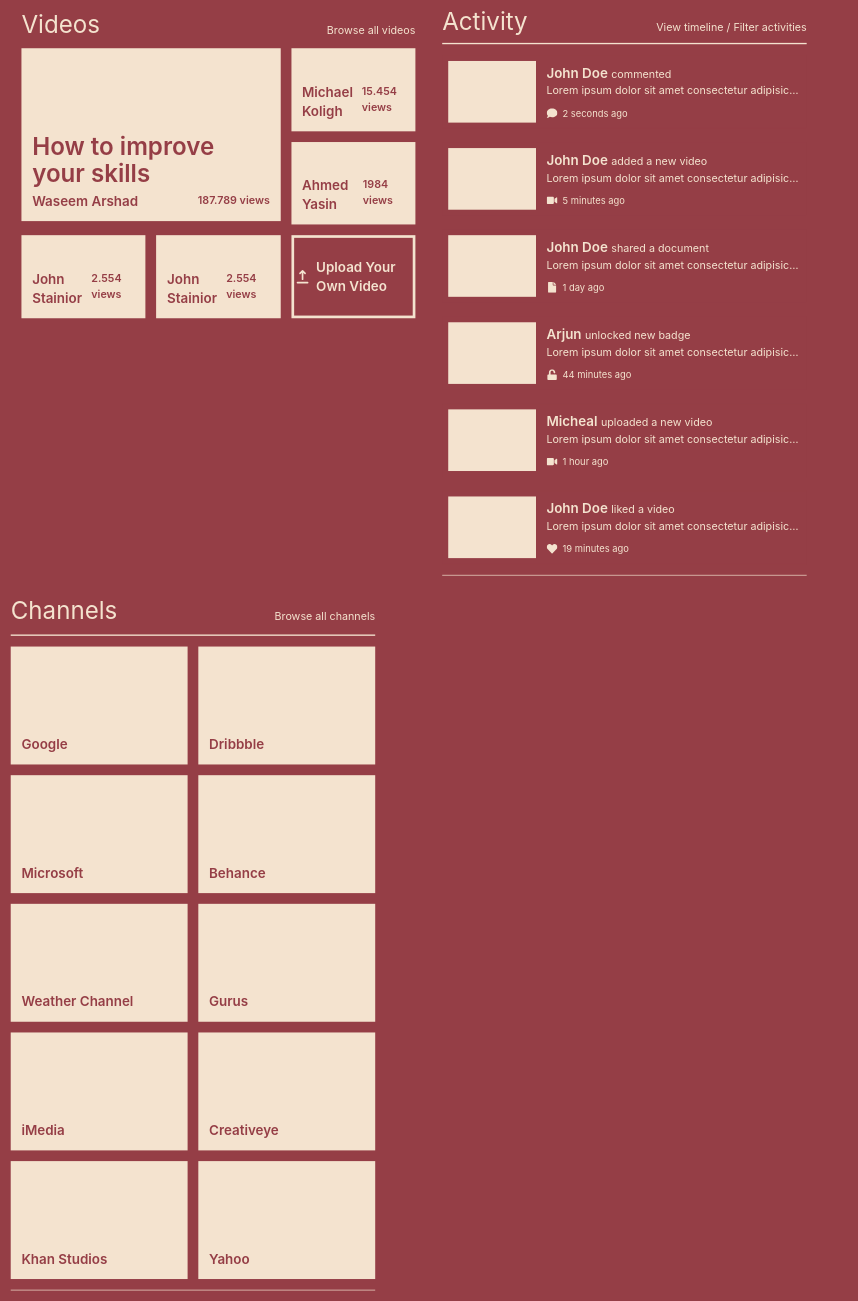
Repository: farrelmuhammad/test-salt
Page: /
These files come from the project's save history. The page is drawn as it stood at one moment and after the next save; the edit follows.
The browser window is 1280 px wide. The pictures show the whole page, at 67% of full size.
The project was rebuilt for these pictures with package versions that can differ from the ones it lists, and the page was loaded fresh each time. Also part of the build but not shown: src/App.css.

Above is the page before, as saved 2022-11-21 16:53:30.

### src/index.css
@tailwind base;
@tailwind components;
@tailwind utilities;

body {
  margin: 0;
  font-family: -apple-system, BlinkMacSystemFont, "Segoe UI", "Roboto", "Oxygen", "Ubuntu", "Cantarell", "Fira Sans", "Droid Sans", "Helvetica Neue", sans-serif;
  -webkit-font-smoothing: antialiased;
  -moz-osx-font-smoothing: grayscale;
  background-color: #953e46;
}

code {
  font-family: source-code-pro, Menlo, Monaco, Consolas, "Courier New", monospace;
}

@layer components {
  .box-text {
    @apply bg-[#F4E3CF] aspect-[3/2] text-[#953e46] p-4;
  }

  .card {
    @apply flex flex-row border border-[#953e46] p-2;
  }

  .hr-top {
    @apply h-[2px] bg-[#F4E3CF] border-none mb-4;
  }

  .hr-bottom {
    @apply h-[1px] bg-[#F4E3CF] border-none my-4;
  }
}

### src/App.js
import logo from "./logo.svg";
import "./App.css";
import Box from "./components/Box";
import Channels from "./components/Channels";
import Activity from "./components/Activity";

function App() {
  return (
    <>
      <div className="container">
        <div class="grid grid-cols-2 gap-2 m-30">
          <div>
            <Box />
          </div>
          <div>
            <Activity />
          </div>
        </div>
      </div>
      <Channels />
    </>
  );
}

export default App;

### src/components/Box.jsx
import React from "react";
import { HiUpload } from "react-icons/hi";

const Box = () => {
  return (
    <>
      <section className="container">
        <div className="flex items-end justify-between py-4">
          <h1 className="text-4xl text-[#F4E3CF]">Videos</h1>
          <a href="" className="text-base text-[#F4E3CF]">
            Browse all videos
          </a>
        </div>

        <div class="grid grid-cols-3 gap-4">
          <div class="col-span-2 row-span-2 box-text flex flex-col justify-end">
            <h2 className="text-4xl font-semibold mb-2">How to improve your skills</h2>
            <div className="flex justify-between">
              <h4 className="text-xl font-semibold">Waseem Arshad</h4>

              <p className="text-base font-semibold">187.789 views</p>
            </div>
          </div>

          <div class="box-text flex flex-col justify-end">
            <div className="flex justify-between">
              <h4 className="text-xl font-semibold">Michael Koligh</h4>

              <p className="text-base font-semibold">15.454 views</p>
            </div>
          </div>

          <div class="box-text flex flex-col justify-end">
            <div className="flex justify-between">
              <h4 className="text-xl font-semibold">Ahmed Yasin</h4>

              <p className="text-base font-semibold">1984 views</p>
            </div>
          </div>

          <div class="box-text flex flex-col justify-end">
            <div className="flex justify-between">
              <h4 className="text-xl font-semibold">John Stainior</h4>

              <p className="text-base font-semibold">2.554 views</p>
            </div>
          </div>

          <div class="box-text flex flex-col justify-end">
            <div className="flex justify-between">
              <h4 className="text-xl font-semibold">John Stainior</h4>

              <p className="text-base font-semibold">2.554 views</p>
            </div>
          </div>

          <div class="border-4 border-[#F4E3CF] text-[#F4E3CF] flex items-center justify-center">
            <HiUpload className="rounded-full w-10 h-10 mr-2" /> <h2 className="text-xl font-semibold">Upload Your Own Video</h2>
          </div>
        </div>
      </section>
    </>
  );
};

export default Box;

### src/components/Channels.jsx
import React from "react";

const Channels = () => {
  return (
    <>
      <section className="container max-w-xl">
        <div className="flex items-end justify-between py-4">
          <h1 className="text-4xl text-[#F4E3CF]">Channels</h1>
          <a href="" className="text-base text-[#F4E3CF]">
            Browse all channels
          </a>
        </div>

        <hr className="hr-top" />

        <div class="grid grid-cols-2 gap-4 ">
          <div class="box-text text-xl font-semibold flex items-end">Google</div>
          <div class="box-text text-xl font-semibold flex items-end">Dribbble</div>
          <div class="box-text text-xl font-semibold flex items-end">Microsoft</div>
          <div class="box-text text-xl font-semibold flex items-end">Behance</div>
          <div class="box-text text-xl font-semibold flex items-end">Weather Channel</div>
          <div class="box-text text-xl font-semibold flex items-end">Gurus</div>
          <div class="box-text text-xl font-semibold flex items-end">iMedia</div>
          <div class="box-text text-xl font-semibold flex items-end">Creativeye</div>
          <div class="box-text text-xl font-semibold flex items-end">Khan Studios</div>
          <div class="box-text text-xl font-semibold flex items-end">Yahoo</div>
        </div>

        <hr className="hr-bottom" />
      </section>
    </>
  );
};

export default Channels;

### src/components/Activity.jsx
import React from "react";
import { FaComment, FaVideo, FaUnlock, FaHeart, FaFile } from "react-icons/fa";

const Activity = () => {
  return (
    <>
      <section className="container max-w-xl">
        <div className="flex items-end justify-between py-3">
          <h1 className="text-4xl text-[#F4E3CF]">Activity</h1>
          <a href="" className="text-base text-[#F4E3CF]">
            View timeline / Filter activities
          </a>
        </div>

        <hr className="hr-top" />

        <div class="flex flex-col space-y-5">
          <div class="card hover:border-[#F4E3CF]">
            <div className="w-48 bg-[#F4E3CF]"></div>

            <div class="py-1 pl-4 truncate text-[#F4E3CF]">
              <h5 class="text-xl font-semibold">
                John Doe <span className="text-base font-normal">commented</span>
              </h5>
              <p class="text-base mb-3 truncate">Lorem ipsum dolor sit amet consectetur adipisicing elit. Ratione, similique!</p>
              <p class="text-sm flex items-center">
                <FaComment className="w-4 h-4 mr-2" />2 seconds ago
              </p>
            </div>
          </div>

          <div class="card hover:border-[#F4E3CF]">
            <div className="w-48 bg-[#F4E3CF]"></div>

            <div class="py-1 pl-4 truncate text-[#F4E3CF]">
              <h5 class="text-xl font-semibold">
                John Doe <span className="text-base font-normal">added a new video</span>
              </h5>
              <p class="text-base mb-3 truncate">Lorem ipsum dolor sit amet consectetur adipisicing elit. Ratione, similique!</p>
              <p class="text-sm flex items-center">
                <FaVideo className="w-4 h-4 mr-2" />5 minutes ago
              </p>
            </div>
          </div>

          <div class="card hover:border-[#F4E3CF]">
            <div className="w-48 bg-[#F4E3CF]"></div>

            <div class="py-1 pl-4 truncate text-[#F4E3CF]">
              <h5 class="text-xl font-semibold">
                John Doe <span className="text-base font-normal">shared a document</span>
              </h5>
              <p class="text-base mb-3 truncate">Lorem ipsum dolor sit amet consectetur adipisicing elit. Ratione, similique!</p>
              <p class="text-sm flex items-center">
                <FaFile className="w-4 h-4 mr-2" />1 day ago
              </p>
            </div>
          </div>

          <div class="card hover:border-[#F4E3CF]">
            <div className="w-48 bg-[#F4E3CF]"></div>

            <div class="py-1 pl-4 truncate text-[#F4E3CF]">
              <h5 class="text-xl font-semibold">
                Arjun <span className="text-base font-normal">unlocked new badge</span>
              </h5>
              <p class="text-base mb-3 truncate">Lorem ipsum dolor sit amet consectetur adipisicing elit. Ratione, similique!</p>
              <p class="text-sm flex items-center">
                <FaUnlock className="w-4 h-4 mr-2" />
                44 minutes ago
              </p>
            </div>
          </div>

          <div class="card hover:border-[#F4E3CF]">
            <div className="w-48 bg-[#F4E3CF]"></div>

            <div class="py-1 pl-4 truncate text-[#F4E3CF]">
              <h5 class="text-xl font-semibold">
                Micheal <span className="text-base font-normal">uploaded a new video</span>
              </h5>
              <p class="text-base mb-3 truncate">Lorem ipsum dolor sit amet consectetur adipisicing elit. Ratione, similique!</p>
              <p class="text-sm flex items-center">
                <FaVideo className="w-4 h-4 mr-2" />1 hour ago
              </p>
            </div>
          </div>

          <div class="card hover:border-[#F4E3CF]">
            <div className="w-48 bg-[#F4E3CF]"></div>

            <div class="py-1 pl-4 truncate text-[#F4E3CF]">
              <h5 class="text-xl font-semibold">
                John Doe <span className="text-base font-normal">liked a video</span>
              </h5>
              <p class="text-base mb-3 truncate">Lorem ipsum dolor sit amet consectetur adipisicing elit. Ratione, similique!</p>
              <p class="text-sm flex items-center">
                <FaHeart className="w-4 h-4 mr-2" />
                19 minutes ago
              </p>
            </div>
          </div>
        </div>

        <hr className="hr-bottom" />
      </section>
    </>
  );
};

export default Activity;

### tailwind.config.js
/** @type {import('tailwindcss').Config} */
module.exports = {
  content: ["./src/**/*.{js,jsx,ts,tsx}"],
  theme: {
    container: {
      padding: "16px",
    },
    extend: {
      screens: {
        sm: "640px",
        md: "768px",
        lg: "1024px",
        xl: "1280px",
        "2xl": "1320px",
      },
    },
  },
  plugins: [],
};

Loaded but not shown: public/index.html (common file); src/index.js (common file); src/reportWebVitals.js (common file)

After the next save:
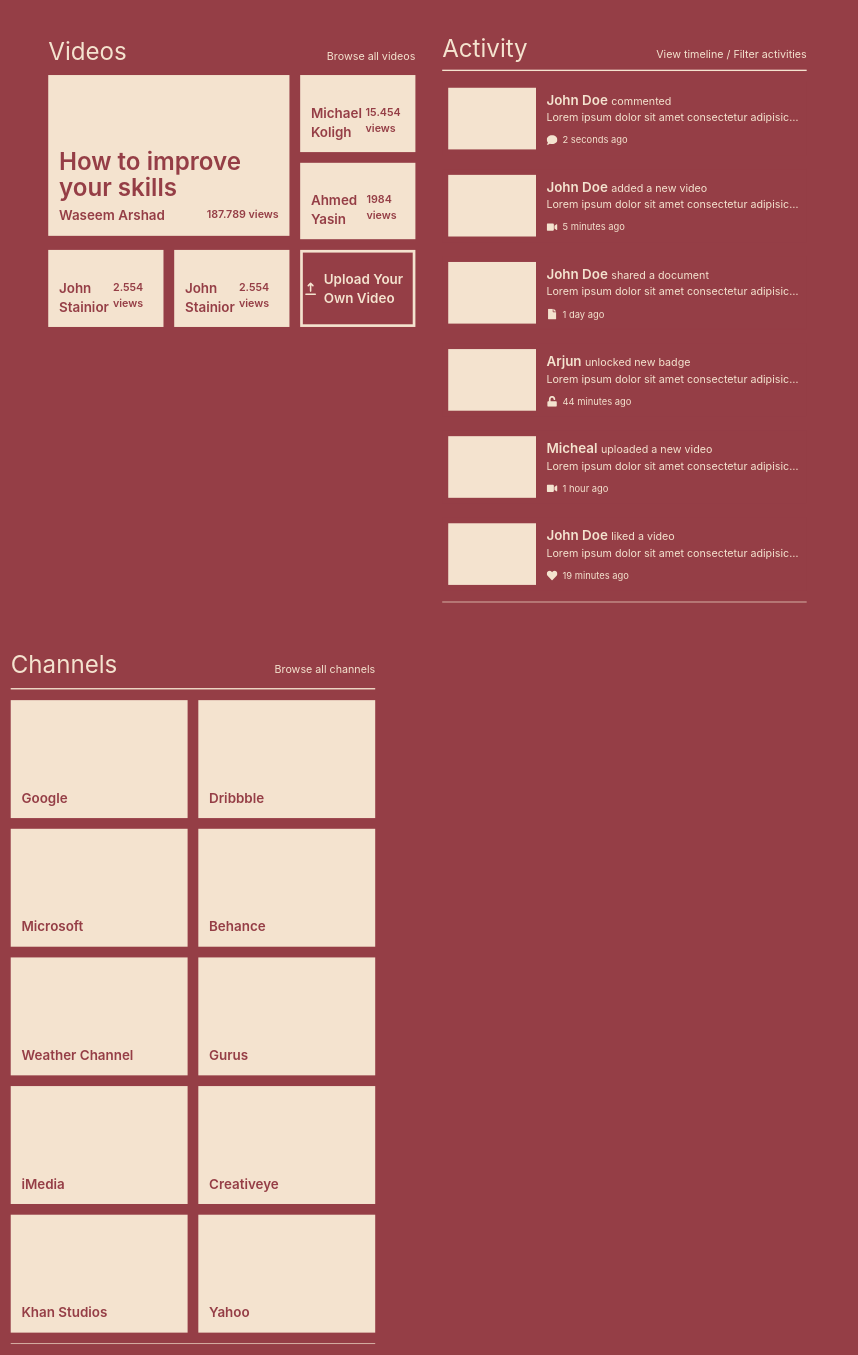
Saved 4 s later.
--- a/src/App.js
+++ b/src/App.js
@@ -8,7 +8,7 @@ function App() {
   return (
     <>
       <div className="container">
-        <div class="grid grid-cols-2 gap-2 m-30">
+        <div class="grid grid-cols-2 gap-2 m-10">
           <div>
             <Box />
           </div>
